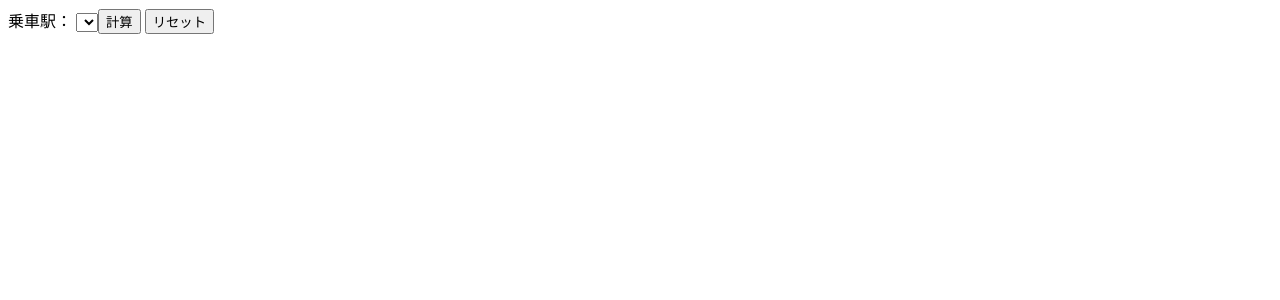
Repository: aiueo20/18ca0155
Page: http://localhost/kadai0603/ryoukin.jsp
An editor plug-in stored every save of this project. The page is shown before and after the next save, followed by the edit.
The browser window is 1280 px wide. The pictures show the whole page.
The page is served by Tomcat 9. Other server files are loaded and not shown.

Above is the page before, as saved 2019-01-21 02:38:28.

### SSP/kadai0603/WebContent/ryoukin.jsp
<%@ page language="java" contentType="text/html; charset=UTF-8"
    pageEncoding="UTF-8"%>
<!DOCTYPE html>
<html>
<head>
<meta charset="UTF-8">
<title>Insert title here</title>
</head>
<body>
乗車駅：
<select name="Rideon"

降車駅：
<br>
<input type="submit" value="計算">
<input type="reset" value="リセット" onclick="location.reload()">

</body>
</html>

After the next save:
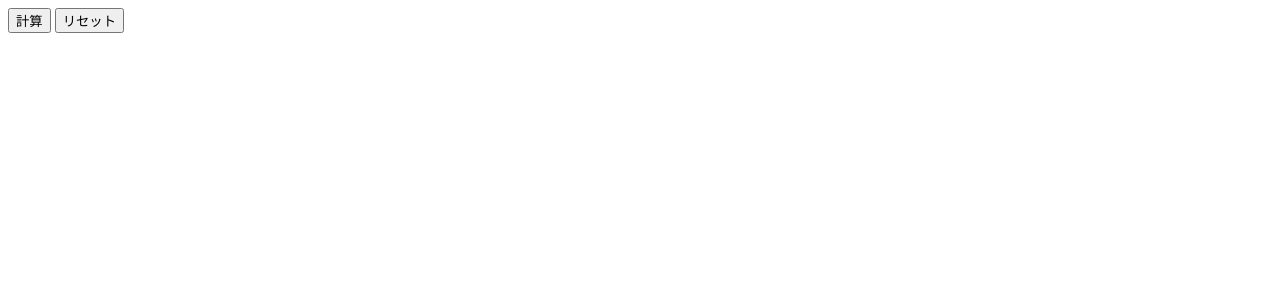
Saved 20 s later.
--- a/SSP/kadai0603/WebContent/ryoukin.jsp
+++ b/SSP/kadai0603/WebContent/ryoukin.jsp
@@ -7,6 +7,7 @@
 <title>Insert title here</title>
 </head>
 <body>
+<form action="kadai0603/yamanote"
 乗車駅：
 <select name="Rideon"
 

After the 2 saves that followed:
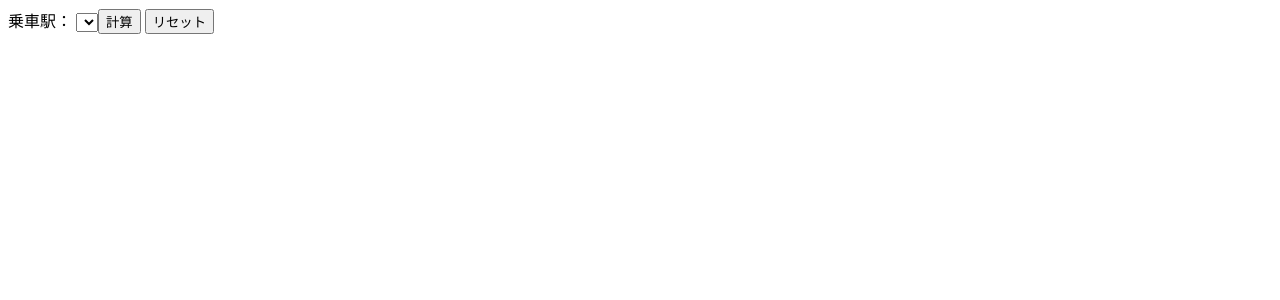
The 2 saves are shown as one change because they came seconds apart.
The last was saved 10 s later.
--- a/SSP/kadai0603/WebContent/ryoukin.jsp
+++ b/SSP/kadai0603/WebContent/ryoukin.jsp
@@ -7,7 +7,7 @@
 <title>Insert title here</title>
 </head>
 <body>
-<form action="kadai0603/yamanote"
+<form action="kadai0603/yamanote" method="get">
 乗車駅：
 <select name="Rideon"
 
@@ -15,6 +15,6 @@
 <br>
 <input type="submit" value="計算">
 <input type="reset" value="リセット" onclick="location.reload()">
-
+</form>
 </body>
 </html>
